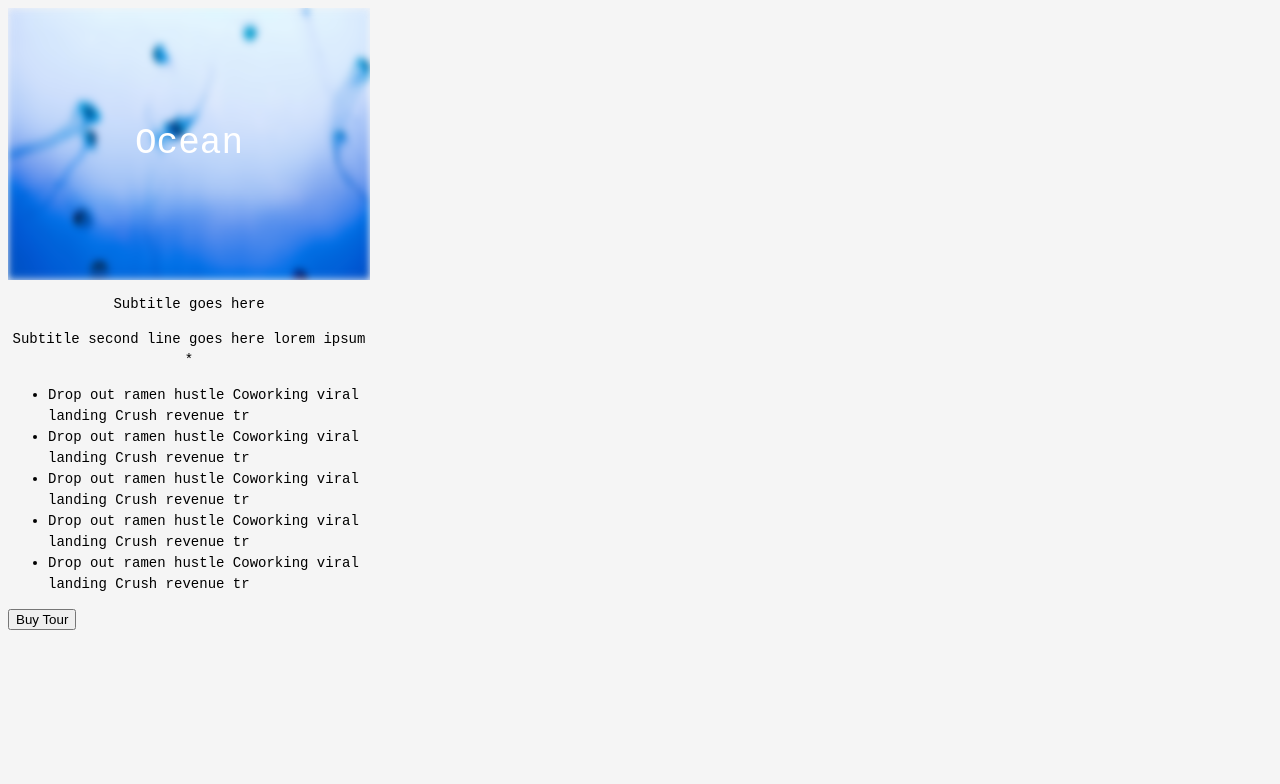
Repository: HoanTiny/pricetable
Page: index.html
These files come from the project's save history. The page is drawn as it stood at one moment and after the next save; the edit follows.
The browser window is 1280 px wide. The pictures show the whole page.

Above is the page before, as saved 2022-07-04 10:07:07.

### index.html
<!DOCTYPE html>
<html lang="en">
    <head>
        <meta charset="UTF-8" />
        <meta http-equiv="X-UA-Compatible" content="IE=edge" />
        <meta name="viewport" content="width=device-width, initial-scale=1.0" />
        <title>PriceTable</title>
        <link rel="stylesheet" href="./assests/css/style.css" />
    </head>
    <body>
        <div class="container">
            <div class="price-table">
                <div class="img">
                    <img src="./assests/img/ocean.png" alt="logo" />
                    <span>Ocean</span>
                </div>
                <div class="title">
                    <div class="title_header">
                        <p>Subtitle goes here</p>
                        <span
                            >Subtitle second line goes here lorem ipsum *</span
                        >
                    </div>
                    <div class="title_list">
                        <ul>
                            <li>
                                Drop out ramen hustle Coworking viral landing
                                Crush revenue tr
                            </li>
                            <li>
                                Drop out ramen hustle Coworking viral landing
                                Crush revenue tr
                            </li>
                            <li>
                                Drop out ramen hustle Coworking viral landing
                                Crush revenue tr
                            </li>
                            <li>
                                Drop out ramen hustle Coworking viral landing
                                Crush revenue tr
                            </li>
                            <li>
                                Drop out ramen hustle Coworking viral landing
                                Crush revenue tr
                            </li>
                        </ul>
                    </div>
                    <div class="title_btn">
                        <button type="">Buy Tour</button>
                    </div>
                </div>
            </div>
        </div>
    </body>
</html>

### assests/css/style.css
body {
    background-color: #f5f5f5;
    font-family: "Courier New", Courier, monospace;
    font-size: 14px;
    line-height: 1.5;
}

* {
    box-sizing: border-box;
}

.container {
    display: flex;
}

.price-table {
    width: 362px;
    height: 768px;
}

.img {
    position: relative;
    height: 272px;
    width: 100%;
}

.img span {
    position: absolute;
    top: 50%;
    left: 50%;
    transform: translate(-50%, -50%);
    font-size: 36px;
    color: #fff;
}

img {
    width: 100%;
    height: 100%;
}

.title_header {
    text-align: center;
}

After the next save:
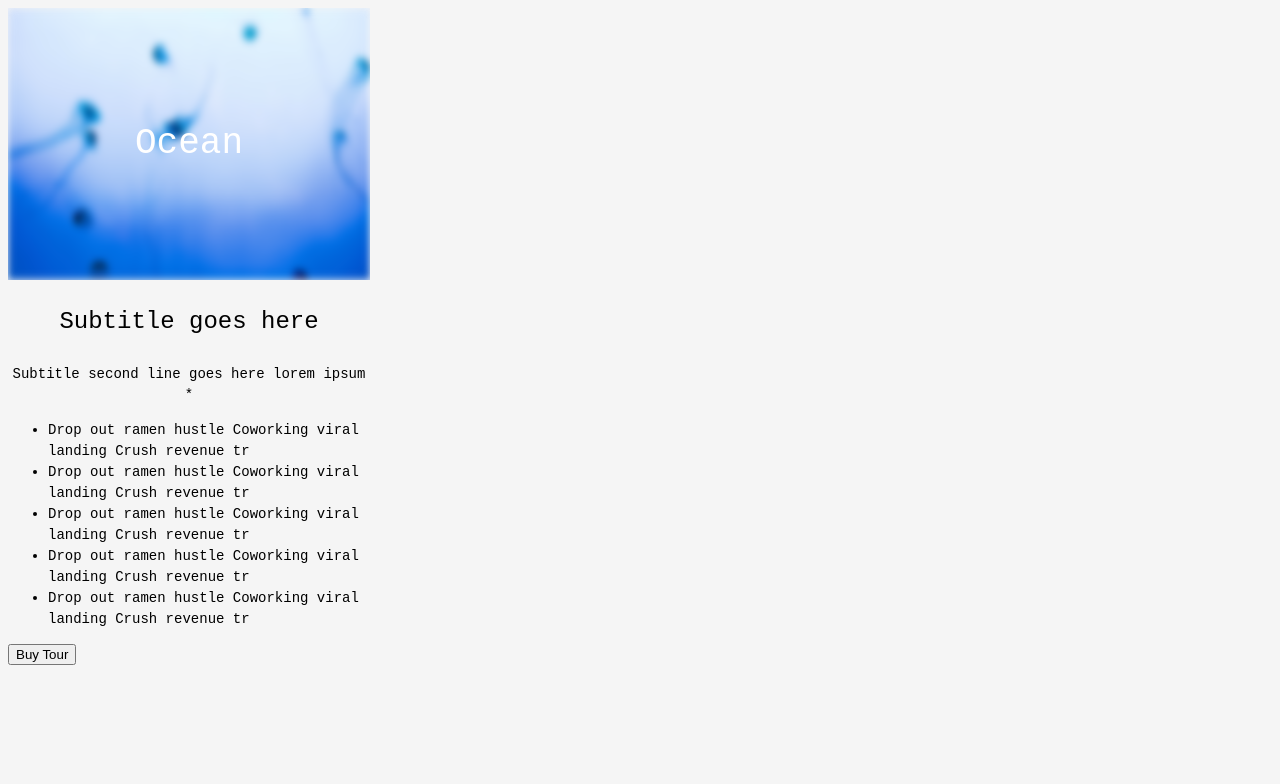
Saved 48 s later.
--- a/assests/css/style.css
+++ b/assests/css/style.css
@@ -41,3 +41,11 @@ img {
 .title_header {
     text-align: center;
 }
+
+.title_header p {
+    font-size: 24px;
+}
+
+.title_header span {
+    font-size: 14px;
+}
